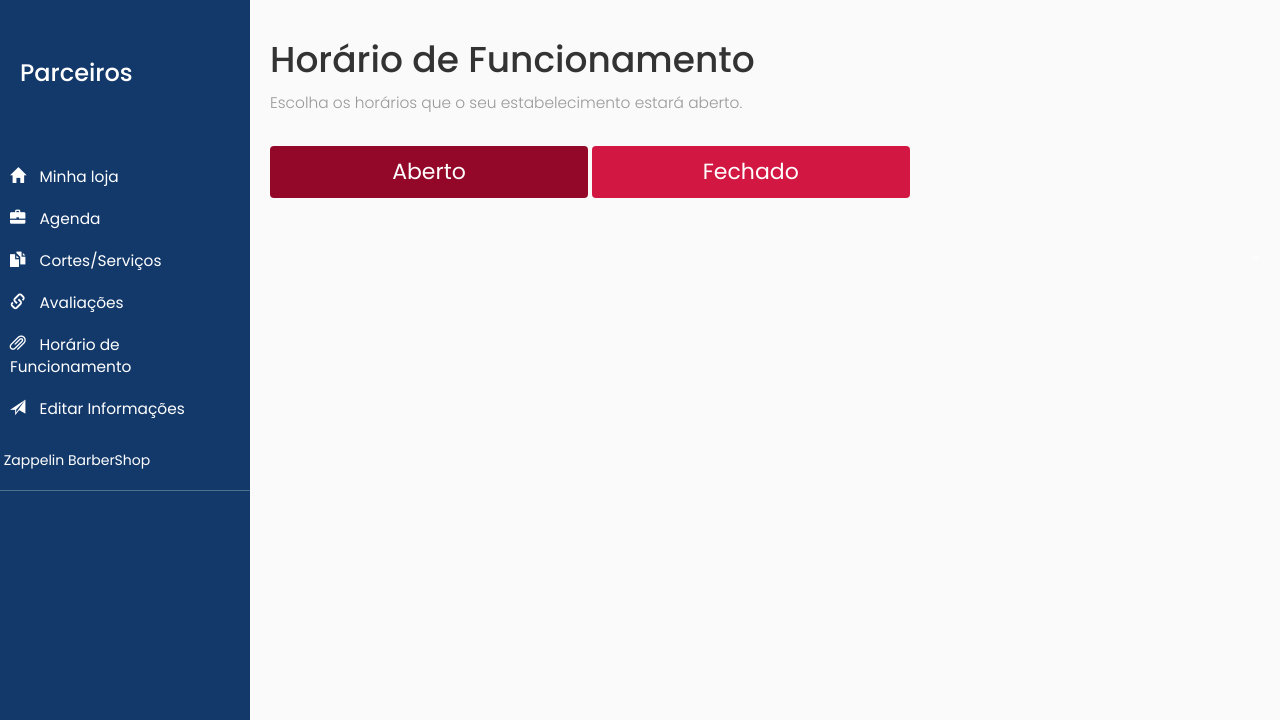
Repository: aquilesascar/barberconnect
Page: http://localhost/horario.php
The author's editor kept a copy of each file at every save. The page is drawn from the files as they stood at one save, then again after the next save.
The browser window is 1280 px wide. The pictures show the whole page.
The pointer rests on the first visible `button`.
The page is run by PHP 8.4 with error messages shown; the project is at /var/www/html/.

Above is the page before, as saved 2023-10-09 13:42:54.

### horario.php
<!DOCTYPE html>
<html lang="en">

<head>
    <meta charset="UTF-8">
    <meta http-equiv="X-UA-Compatible" content="IE=edge">
    <meta name="viewport" content="width=device-width, initial-scale=1.0">
    <title>Document</title>

    <!-- Bootstrap CSS CDN -->
    <link rel="stylesheet" href="https://maxcdn.bootstrapcdn.com/bootstrap/3.3.7/css/bootstrap.min.css">
    <!-- Our Custom CSS -->
    <link rel="stylesheet" href="../TCC/assets/css/style4.css">
    <style>


    </style>

</head>

<body>
    <div class="wrapper">
        <?php
        //INCLUSÃO DO MENU
        include_once('menu.php');
        ?>
        <div id="content">

            <h1>Horário de Funcionamento</h1>
            <p>Escolha os horários que o seu estabelecimento estará aberto.</p>
            <br>

            <button id="botao1" onclick="selecionarBotao(1)">Aberto</button>

            <button id="botao2" onclick="selecionarBotao(2)">Fechado</button>

            <style>
                button {
                    font: 400;

                    color: white;
                    font-size: 22px;
                    border: none;
                    border-radius: 4px;
                    background-color: #D21742;
                    outline: none;
                    width: 318px;
                    height: 52px;
                }

                button:hover {
                    cursor: pointer;
                    background-color: #930828 !important;
                    transition: 0.3s;
                }
            </style>

        </div>
    </div>

    <script>
        function selecionarBotao(botaoSelecionado) {
            // Desativa o botão que foi clicado
            document.getElementById('botao' + botaoSelecionado).disabled = true;

            // Ativa o outro botão
            var outroBotao = botaoSelecionado === 1 ? 2 : 1;
            document.getElementById('botao' + outroBotao).disabled = false;
        }
    </script>

</body>

</html>

### menu.php
<nav id="sidebar">
    <div class="sidebar-header">
        <h3>Parceiros</h3>
        <strong>BC</strong>
    </div>

    <ul class="list-unstyled components">
        <li>
            <a href="index4.php">
                <i class="glyphicon glyphicon-home"></i>
                Minha loja
            </a>

        </li>
        <li>
            <a href="agenda.php">
                <i class="glyphicon glyphicon-briefcase"></i>
                Agenda
            </a>

            <a href="corteclassico.php" aria-expanded="false">
                <i class="glyphicon glyphicon-duplicate"></i>
                Cortes/Serviços
            </a>
        </li>
        <li>
            <a href="avaliacoes.php">
                <i class="glyphicon glyphicon-link"></i>
                Avaliações
            </a>
        </li>
        <li>
            <a href="horario.php">
                <i class="glyphicon glyphicon-paperclip"></i>
                Horário de Funcionamento
            </a>
        </li>
        <li>
            <a href="#">
                <i class="glyphicon glyphicon-send"></i>
                Editar Informações
            </a>
        </li>
        <li>
            <a href="#"></a>
            <i class="glyphicon glyphicon-logout"></i>
            Zappelin BarberShop
        </li>
    </ul>

</nav>

### assets/css/style4.css
@import "https://fonts.googleapis.com/css?family=Poppins:300,400,500,600,700";

.form-check form-switch {
    text-align: justify;
}

h2 {
    padding-top: 20px;
}

h3 {
    padding-bottom: 20px;
    padding-top: 20px;
}

#sidebarCollapse {
    display: flex;
    align-items: center;
    justify-content: center;
}

#sidebarCollapse:hover {

    background-color: #05234b;
    color: white;
    align-items: center;
}

#lorem{
    color: #fafafa;
    font-size: 14px;
    user-select: none; /* Evita a seleção de texto */
    cursor: default;   /* Mantém o cursor padrão */
}


.coverImg {
    display: flex;
    justify-content: center;
}

.cover {
    border-radius: 8px;
}

.images {
    padding-bottom: 6% !important;
}

.linha{
    padding-bottom: 3%;
}

.filtros button {
    align-items: center !important;
    justify-content: center;
    border-radius: 25px !important;
    padding: 5px 17px;
    background-color: transparent;
    border-color: #8c8c8c !important;
    color: #8c8c8c;
    font-size: 16px !important;
    margin-right: 20px;
    font-weight: 450;
}

.filtros button:hover {
    background-color: transparent !important;
    /* Remove a mudança de cor de fundo */
    border-color: #6a6a6a !important;
    /* Remove a mudança de cor da borda */
    color: #6a6a6a !important;
    /* Remove a mudança de cor do texto */
}

.btn-primary {
    align-items: center !important;
    justify-content: center;
    border-radius: 5px !important;
    background-color: transparent;
    border-color: #080808 !important;
    color: #8c8c8c;
    font-size: 13px;
    margin-right: 20px;
    font-weight: 450;
}

.btn-primary:hover {
    background-color: transparent !important;
    /* Remove a mudança de cor de fundo */
    border-color: #6a6a6a !important;
    /* Remove a mudança de cor da borda */
    color: #6a6a6a !important;
    /* Remove a mudança de cor do texto */
}

.filtros {
    padding-bottom: 1%;

}

.divForm {
    margin-left: 10%;
    margin-right: 10%;
    border-radius: 6px;
    background-color: white;
    position: relative;
}

.divTable {
    border-radius: 6px;
    background-color: white;
    position: relative;
    box-shadow: 0 4px 8px 0 rgba(0, 0, 0, 0.2);
}

.divTable table {
    width: 100%;
    border-collapse: collapse;
    font-family: Arial, sans-serif;
}

.divTable th {
    background-color: #13396B;
    color: white;
    padding: 10px;
    text-align: center;
}

.divTable td {
    padding: 18px;
    text-align: center;
    border-bottom: 1px solid #ddd;
}

.divTable tr:hover {
    background-color: #f5f5f5;
}

.divTable caption {
    caption-side: top;
    text-align: center;
    font-weight: bold;
}


.barberItem {
    box-sizing: border-box;
    width: calc(100% / 3 - 10px);
    height: 200px;
    display: inline-block;
    position: relative;
    border-radius: 15px; /* Adiciona bordas arredondadas */
    box-shadow: 0 4px 8px 0 rgba(0,0,0,0.2); /* Adiciona sombra */
    transition: transform 0.4s ease, box-shadow 0.2s ease;
    background-color: #ffffff; /* Adiciona cor de fundo */
    padding: 10px 20px;
    margin-right: 6px;
    margin-bottom: 20px; /* Espaçamento entre as linhas */
}

.barberItem:hover {
    border-color: #6a6a6a !important;
    cursor: pointer;
}

.barberItem p {
    padding-left: 15%;
    font-size: 20px !important;
    padding-bottom: 20% !important;
    display: inline-block !important;
}

.barberText {
    margin-left: 85px;
    font-size: 24px;
    align-items: center;
    position: relative;
    top: -78px;
}

.description {
    padding-top: 4%;
}

.itemDescription {
    color: #8c8c8c;
    display: block;
    padding-bottom: 5%;
}

.price {
    padding-top: 5%;
    font-weight: 700;
    font-size: 20px;
}

.infos {
    position: relative;
    top: -1px;
    display: flex;
    justify-content: space-between;
    /* Isso substituirá a necessidade de float: right; */
}

.rightInfo {
    clear: both;
}

.itemName {
    font-size: 20px;
    font-weight: 600;
    position: relative;
}

.bi-star-fill {
    font-size: 16px;

}

.barberInfo {
    padding-top: 5%;
    font-size: 16px;
}

.avaliacao {
    color: rgb(255, 213, 0);
    text-decoration: underline;
    transition: color 0.2s ease;
}

.avaliacao:hover {
    cursor: pointer;
    color: rgb(251, 209, 0);
}

.distancia {
    color: rgba(0, 0, 0, 0.45);
}

.barberText {
    padding-top: 3px;
    font-size: 16px;
}

.barberName {
    font-size: 24px;
    font-weight: 700;
    position: relative;

}

.images img {
    padding-right: 3% !important;
}

body {
    font-family: 'Poppins', sans-serif;
    background: #fafafa;
}

p {
    font-family: 'Poppins', sans-serif;
    font-size: 1.1em;
    font-weight: 300;
    line-height: 1.7em;
    color: #999;
}

a,
a:hover,
a:focus {
    color: inherit;
    text-decoration: none;
    transition: all 0.3s;
}

.navbar {
    padding: 15px 10px;
    background: #fff;
    border: none;
    border-radius: 0;
    margin-bottom: 40px;
    box-shadow: 1px 1px 3px rgba(0, 0, 0, 0.1);
}

.minImg {
    position: absolute;
    right: 0;
    top: 50%;
    transform: translateY(-50%);
    padding-right: 5%;

}


.images img {
    padding-right: 3% !important;
}

.navbar-btn {
    box-shadow: none;
    outline: none !important;
    border: none;
    color: #ffffff;
    background-color: #13396B;
}

.line {
    width: 100%;
    height: 1px;
    border-bottom: 1px dashed #ddd;
    margin: 40px 0;
}

i,
span {
    display: inline-block;
}

/* ---------------------------------------------------
    SIDEBAR STYLE
----------------------------------------------------- */
.wrapper {
    display: flex;
    height: 100%;
    /*align-items: stretch;*/
}

#agenda {
    background-color: #13396B !important;
    color: white;
    cursor: default;
}

#thData:hover {
    cursor: pointer;
}

#sidebar {
    min-width: 250px;
    max-width: 250px;
    background: #13396B;
    color: #ffffff;
    transition: all 0.3s;
}

#sidebar.active {
    min-width: 80px;
    max-width: 80px;
    text-align: center;
}

#sidebar.active .sidebar-header h3,
#sidebar.active .CTAs {
    display: none;
}

#sidebar.active .sidebar-header strong {
    display: block;
}

#sidebar ul li a {
    text-align: left;
}

#sidebar.active ul li a {
    padding: 20px 10px;
    text-align: center;
    font-size: 0.85em;
}

#sidebar.active ul li a i {
    margin-right: 0;
    display: block;
    font-size: 1.8em;
    margin-bottom: 5px;
}

#sidebar.active ul ul a {
    padding: 10px !important;
}

#sidebar.active a[aria-expanded="false"]::before,
#sidebar.active a[aria-expanded="true"]::before {
    top: auto;
    bottom: 5px;
    right: 50%;
    -webkit-transform: translateX(50%);
    -ms-transform: translateX(50%);
    transform: translateX(50%);
}

#sidebar .sidebar-header {
    padding: 20px;
    background: #13396B;
}

#sidebar .sidebar-header strong {
    display: none;
    font-size: 1.8em;
}

#sidebar ul.components {
    padding: 20px 0;
    border-bottom: 1px solid #47748b;
}

#sidebar ul li a {
    padding: 10px;
    font-size: 1.1em;
    display: block;
}

#sidebar ul li a:hover {
    color: #13396B;
    background: #fff;
}

#sidebar ul li a i {
    margin-right: 10px;
}

#sidebar ul li.active>a,
a[aria-expanded="true"] {
    color: #fff;
    background: #13396B;
}


a[data-toggle="collapse"] {
    position: relative;
}

a[aria-expanded="false"]::before,
a[aria-expanded="true"]::before {
    content: '\e259';
    display: block;
    position: absolute;
    right: 20px;
    font-family: 'Glyphicons Halflings';
    font-size: 0.6em;
}

a[aria-expanded="true"]::before {
    content: '\e260';
}


ul ul a {
    font-size: 0.9em !important;
    padding-left: 30px !important;
    background: #13396B;
}

ul.CTAs {
    padding: 20px;
}

ul.CTAs a {
    text-align: center;
    font-size: 0.9em !important;
    display: block;
    border-radius: 5px;
    margin-bottom: 5px;
}

a.download {
    background: #13396B;
    color: #13396B;
}

a.article,
a.article:hover {
    background: #13396B !important;
    color: #fff !important;
}

#imgCorte {
    width: 100px;
}

/* ---------------------------------------------------
    CONTENT STYLE
----------------------------------------------------- */
#content {
    padding: 20px;
    min-height: 100vh;
    transition: all 0.3s;
}


/* ---------------------------------------------------
    MEDIAQUERIES
----------------------------------------------------- */
@media (max-width: 768px) {
    #sidebar {
        min-width: 80px;
        max-width: 80px;
        text-align: center;
        margin-left: -80px !important;
    }

    a[aria-expanded="false"]::before,
    a[aria-expanded="true"]::before {
        top: auto;
        bottom: 5px;
        right: 50%;
        -webkit-transform: translateX(50%);
        -ms-transform: translateX(50%);
        transform: translateX(50%);
    }

    #sidebar.active {
        margin-left: 0 !important;
    }

    #sidebar .sidebar-header h3,
    #sidebar .CTAs {
        display: none;
    }

    #sidebar .sidebar-header strong {
        display: block;
    }

    #sidebar ul li a {
        padding: 20px 10px;
    }

    #sidebar ul li a span {
        font-size: 0.85em;
    }

    #sidebar ul li a i {
        margin-right: 0;
        display: block;
    }

    #sidebar ul ul a {
        padding: 10px !important;
    }

    #sidebar ul li a i {
        font-size: 1.3em;
    }

    #sidebar {
        margin-left: 0;
    }

    #sidebarCollapse span {
        display: none;
    }
}

After the next save:
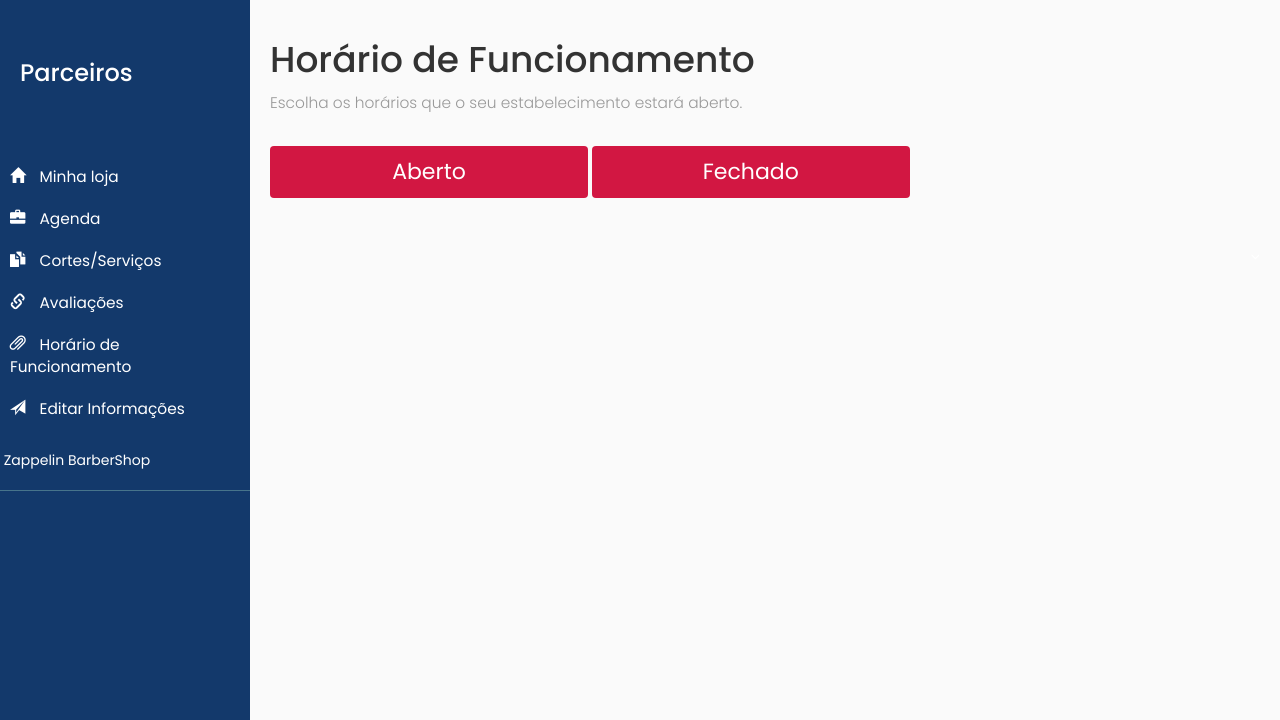
Saved 8 s later.
--- a/horario.php
+++ b/horario.php
@@ -47,12 +47,6 @@
                     width: 318px;
                     height: 52px;
                 }
-
-                button:hover {
-                    cursor: pointer;
-                    background-color: #930828 !important;
-                    transition: 0.3s;
-                }
             </style>
 
         </div>
